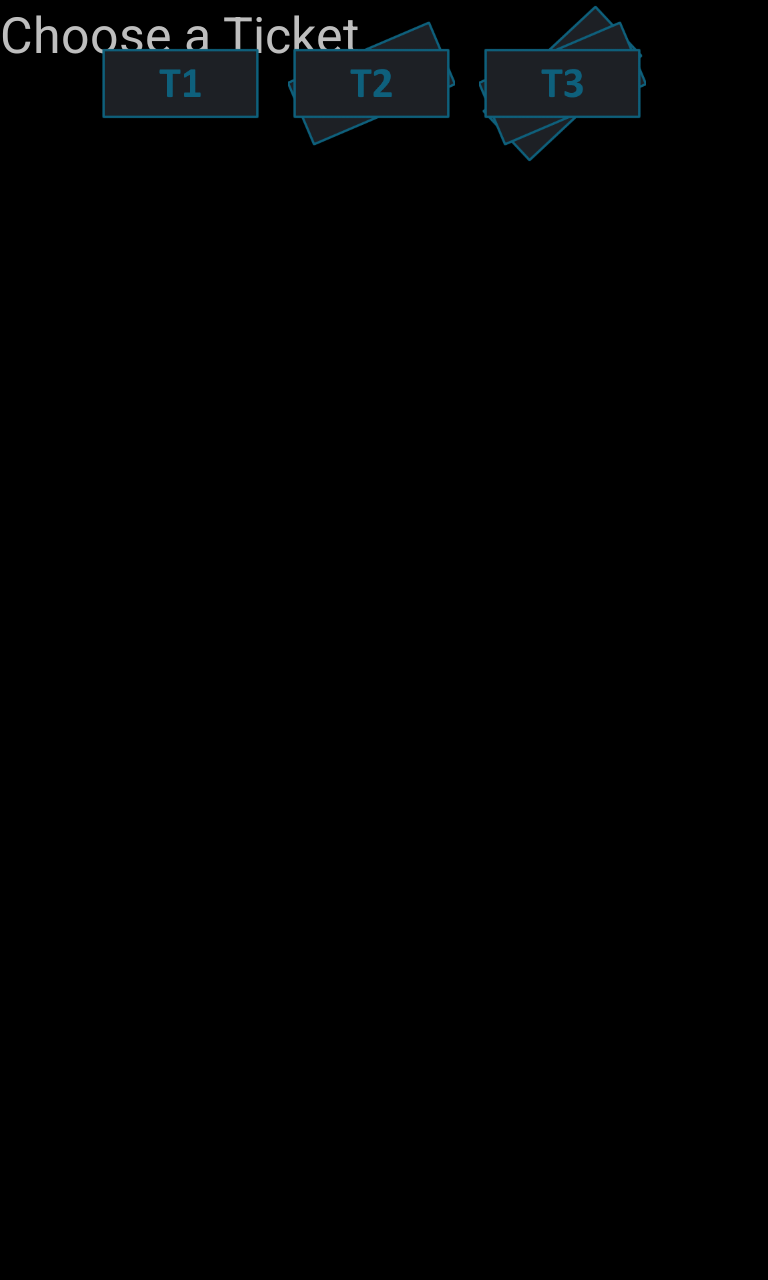
Repository: Nelspike/BusTicketer
Layout: PassengerMode/res/layout/fragment_show_tickets.xml
An editor plug-in stored every save of this project. The layout is shown before and after the next save, followed by the edit.
It is drawn on a 768 x 1280 px phone screen (xhdpi) without system bars, with theme AppTheme; the app's code is not run.

Above is the layout before, as saved 2013-10-19 20:04:10.

### PassengerMode/res/layout/fragment_show_tickets.xml
<FrameLayout xmlns:android="http://schemas.android.com/apk/res/android"
    xmlns:tools="http://schemas.android.com/tools"
    android:layout_width="match_parent"
    android:layout_height="match_parent"
    tools:context=".ShowTicketsFragment" >

    <TextView
        android:layout_width="match_parent"
        android:layout_height="wrap_content"
        android:text="@string/show_tickets_title"
        android:textSize="25sp"/>

	<RadioGroup
	    android:layout_width="match_parent"
	    android:layout_height="wrap_content"
	    android:orientation="horizontal"
	    android:gravity="center">

	    <RadioButton
	        android:button="@drawable/t1"
	        android:paddingLeft="12dp"/>

	    <RadioButton
	        android:button="@drawable/t2"
	        android:paddingLeft="12dp"/>

	    <RadioButton
	        android:button="@drawable/t3"
	        android:paddingLeft="12dp"/>

	</RadioGroup>


</FrameLayout>

### PassengerMode/res/values/styles.xml
<resources>

    <!--
        Base application theme, dependent on API level. This theme is replaced
        by AppBaseTheme from res/values-vXX/styles.xml on newer devices.
    -->
    <style name="AppBaseTheme" parent="android:Theme.Holo">
        <!--
            Theme customizations available in newer API levels can go in
            res/values-vXX/styles.xml, while customizations related to
            backward-compatibility can go here.
        -->
    </style>

    <!-- Application theme. -->
    <style name="AppTheme" parent="android:Theme.Holo">
        <!-- All customizations that are NOT specific to a particular API-level can go here. -->
    </style>

</resources>

### PassengerMode/res/values/strings.xml
<?xml version="1.0" encoding="utf-8"?>
<resources>

    <string name="app_name">Passenger Mode</string>
    <string name="action_settings">Settings</string>
    <string name="hello_world">Hello world!</string>
    <string name="welcome_string">Welcome to Bus Ticketer!</string>
    <string name="splash_screen_description">Splash Screen Logo</string>
    <string name="splash_screen_terms">Lorem ipsum dolor sit amet, consectetur adipiscing elit. In porta cursus lacus ut porta. Ut luctus et urna eu malesuada. Donec magna diam, mollis molestie est eu, bibendum semper quam. Curabitur rhoncus iaculis nisi ut luctus. Pellentesque habitant morbi tristique senectus et netus et malesuada fames ac turpis egestas. Ut luctus gravida massa, a posuere nunc sagittis ac. Maecenas porta nisi sed interdum varius. Nunc tincidunt turpis nec orci interdum sollicitudin in at nulla. Integer non lorem a elit elementum iaculis consectetur vel ipsum. Aenean sed eros laoreet, egestas lacus eu, accumsan risus. Aliquam consequat sagittis urna, quis accumsan felis malesuada sed.</string>
    <string name="splash_screen_name_label">Name:</string>
    <string name="splash_screen_card_label">CC No.:</string>
    <string name="splash_screen_register_button">Register it up!</string>
    <string name="title_activity_central">CentralActivity</string>
    <string name="hello_blank_fragment">Hello blank fragment</string>
    <string name="description">Generic Description</string>
    <string name="validate_ticket">Validate!</string>
    <string name="show_tickets_title">Choose a Ticket</string>

</resources>

After the next save:
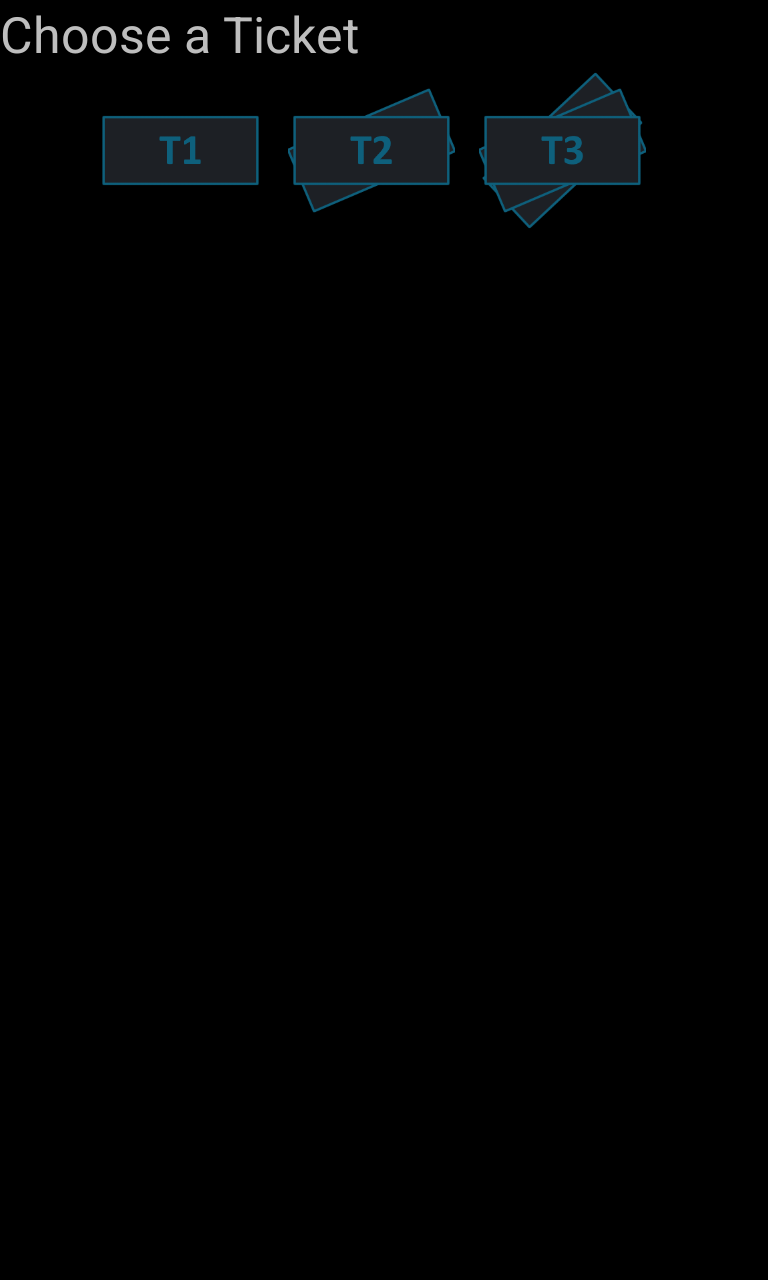
Saved 75 s later.
--- a/PassengerMode/res/layout/fragment_show_tickets.xml
+++ b/PassengerMode/res/layout/fragment_show_tickets.xml
@@ -4,31 +4,40 @@
     android:layout_height="match_parent"
     tools:context=".ShowTicketsFragment" >
 
-    <TextView
+    <LinearLayout
         android:layout_width="match_parent"
         android:layout_height="wrap_content"
-        android:text="@string/show_tickets_title"
-        android:textSize="25sp"/>
+        android:orientation="vertical">
 
-	<RadioGroup
-	    android:layout_width="match_parent"
-	    android:layout_height="wrap_content"
-	    android:orientation="horizontal"
-	    android:gravity="center">
+	    <TextView
+	        android:layout_width="match_parent"
+	        android:layout_height="wrap_content"
+	        android:text="@string/show_tickets_title"
+	        android:textSize="25sp"/>
 
-	    <RadioButton
-	        android:button="@drawable/t1"
-	        android:paddingLeft="12dp"/>
+		<RadioGroup
+		    android:layout_width="match_parent"
+		    android:layout_height="wrap_content"
+		    android:orientation="horizontal"
+		    android:gravity="center">
 
-	    <RadioButton
-	        android:button="@drawable/t2"
-	        android:paddingLeft="12dp"/>
+		    <RadioButton
+		        android:button="@drawable/t1"
+		        android:paddingLeft="12dp"/>
 
-	    <RadioButton
-	        android:button="@drawable/t3"
-	        android:paddingLeft="12dp"/>
+		    <RadioButton
+		        android:button="@drawable/t2"
+		        android:paddingLeft="12dp"/>
 
-	</RadioGroup>
+		    <RadioButton
+		        android:button="@drawable/t3"
+		        android:paddingLeft="12dp"/>
+
+		</RadioGroup>
+
+    </LinearLayout>
+
+
 
 
 </FrameLayout>
